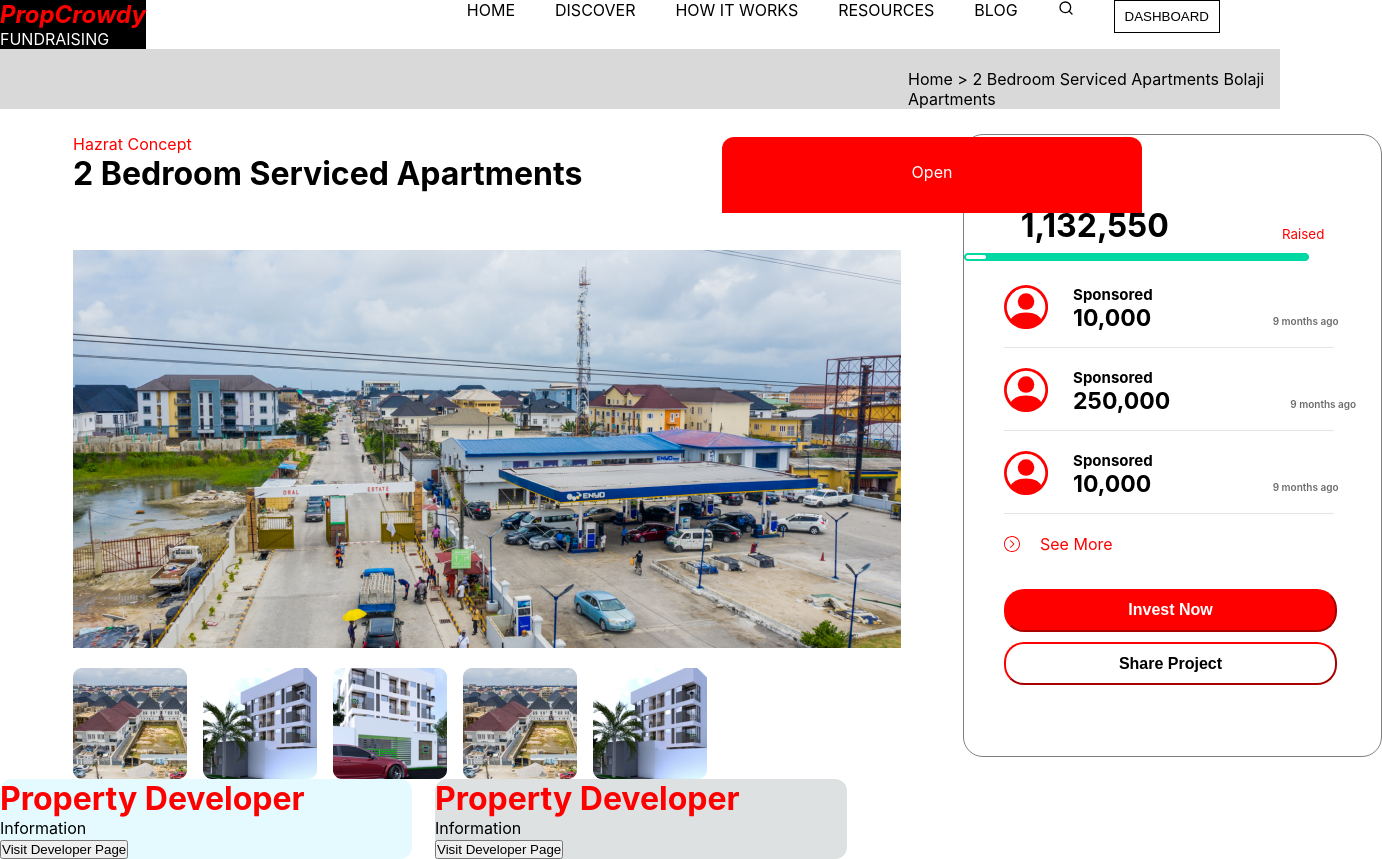
Repository: uh-sman/Popcrowdy
Page: /
These files come from the project's save history. The page is drawn as it stood at one moment and after the next save; the edit follows.
The browser window is 1280 px wide. The page is 1382 px wide, so the pictures cover 1382 px, including what lies to the right of the window. The pictures show the whole page.
The project was rebuilt for these pictures with package versions that can differ from the ones it lists, and the page was loaded fresh each time.

Above is the page before, as saved 2022-11-13 19:47:53.

After the next save:
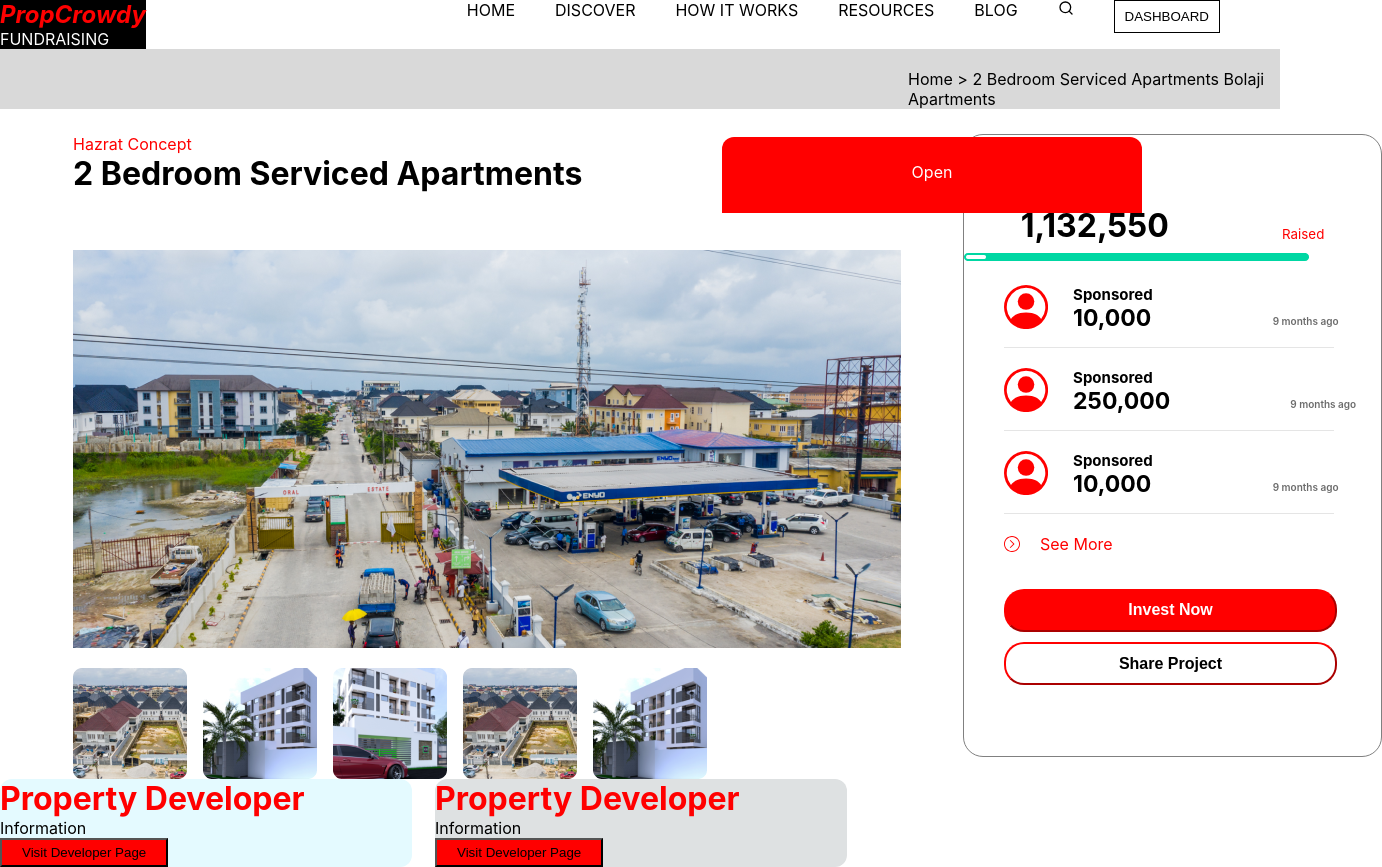
Saved 22 s later.
--- a/src/components/Section/SubCard.jsx
+++ b/src/components/Section/SubCard.jsx
@@ -1,5 +1,5 @@
 import React from "react";
-
+import "./subcard.css";
 const SubCard = () => {
   return (
     <div>
